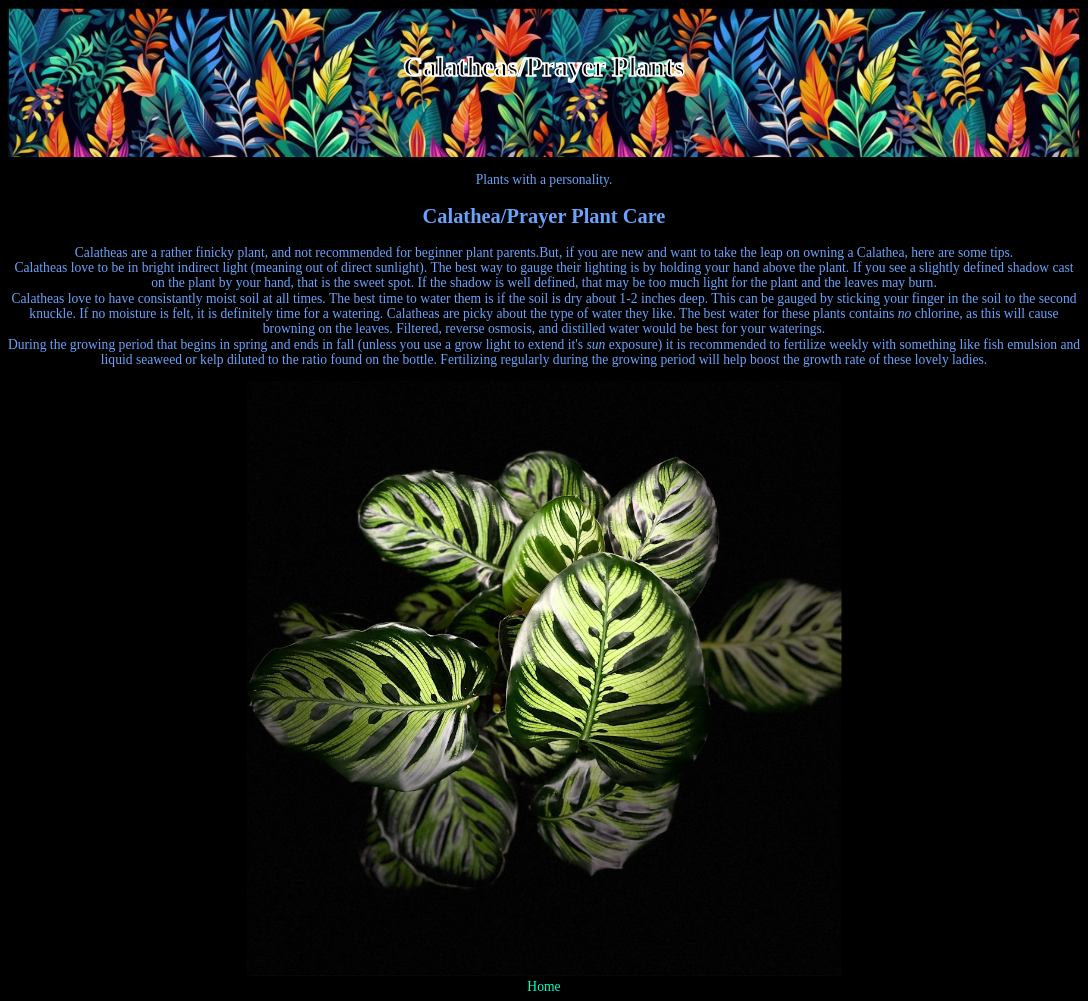
Repository: swillis91/odin-recipies
Page: Planty Page/calatheas.html
The author's editor kept a copy of each file at every save. The page is drawn from the files as they stood at one save, then again after the next save.
The browser window is 1280 px wide. The pictures show the whole page, at 85% of full size.

Above is the page before, as saved 2023-08-11 23:29:36.

After the next save:
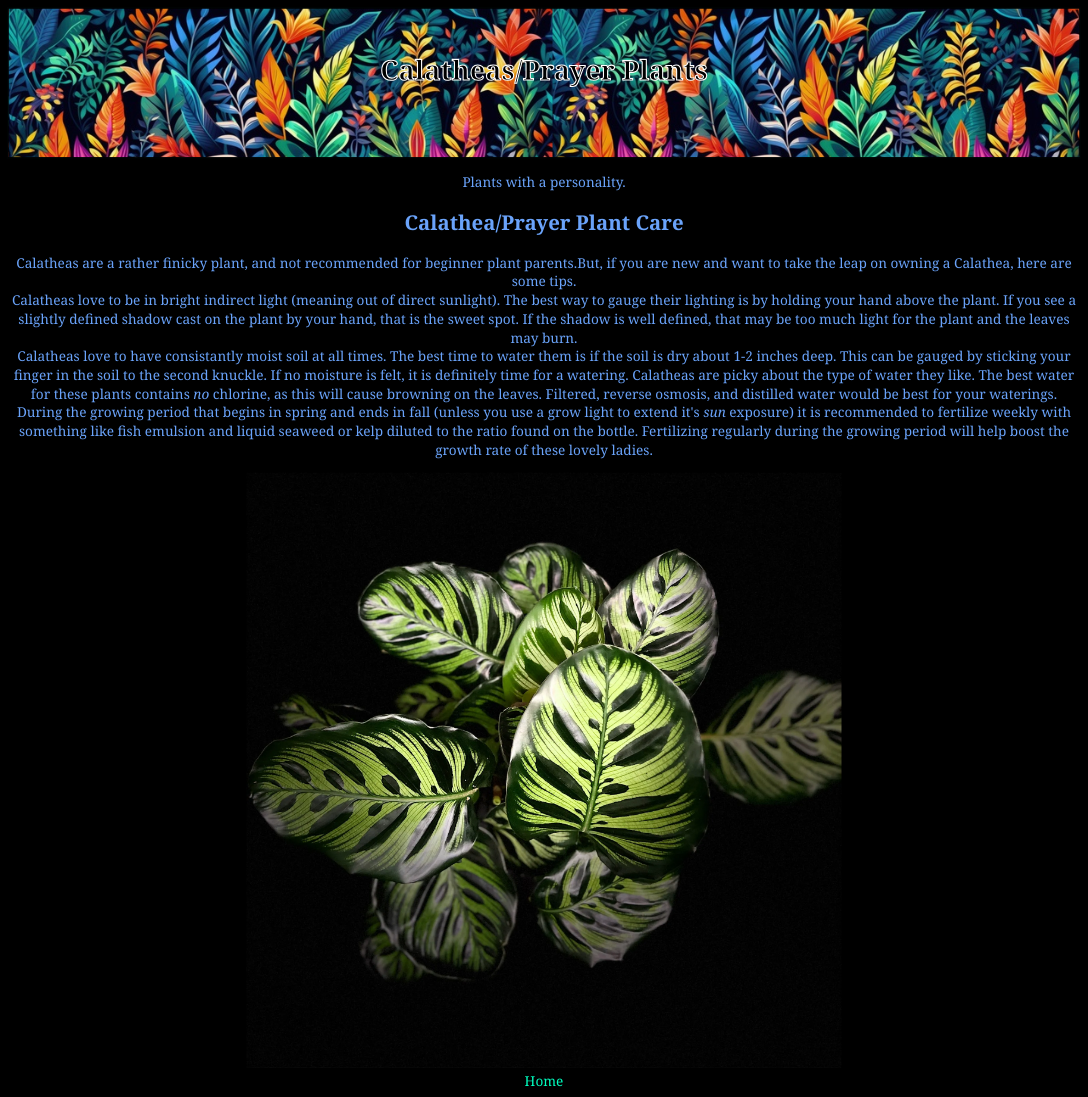
Saved 42 s later.
--- a/Planty Page/style.css
+++ b/Planty Page/style.css
@@ -2,13 +2,13 @@
     background-color: rgb(0, 0, 0);
     color:rgb(106, 163, 250);
     text-align: center;
-    font-family:;
+    font-family:Georgia, 'Times New Roman', Times, serif;
 }
 
 .heading{
     color: rgb(255, 255, 255);
     -webkit-text-fill-color: rgb(0, 0, 0);
-    -webkit-text-stroke-width: 2px;
+    -webkit-text-stroke-width: .04em;
     -webkit-text-strole-color: rgb(255, 255, 255);
     text-transform: capitalize;
     border: 2px solid rgb(0, 3, 3);

After the save that followed:
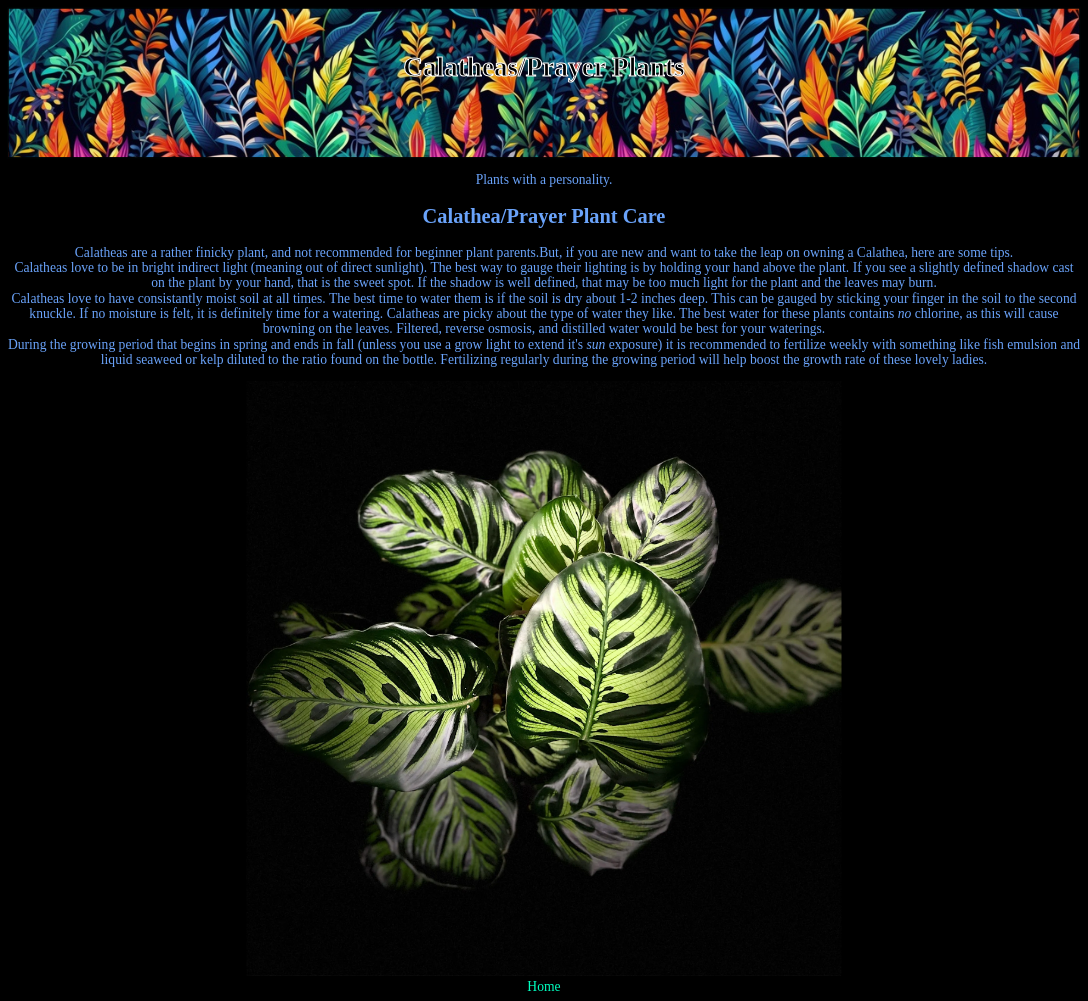
Saved 40 s later.
--- a/Planty Page/style.css
+++ b/Planty Page/style.css
@@ -2,7 +2,7 @@
     background-color: rgb(0, 0, 0);
     color:rgb(106, 163, 250);
     text-align: center;
-    font-family:Georgia, 'Times New Roman', Times, serif;
+    font-family:;
 }
 
 .heading{
